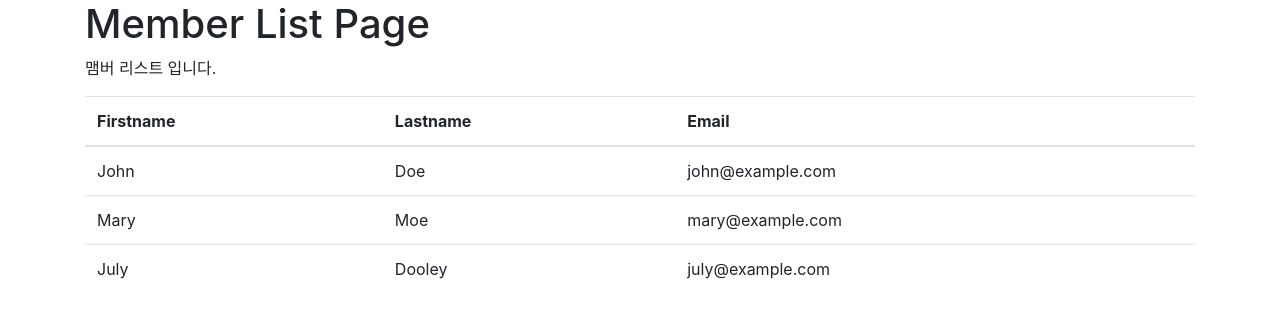
Repository: Dog-voice/king
Page: http://localhost/king/member/list.jsp
These files come from the project's save history. The page is drawn as it stood at one moment and after the next save; the edit follows.
The browser window is 1280 px wide. The pictures show the whole page.
The page is served by Tomcat 9.

Above is the page before, as saved 2022-08-29 07:09:32.

After the next save:
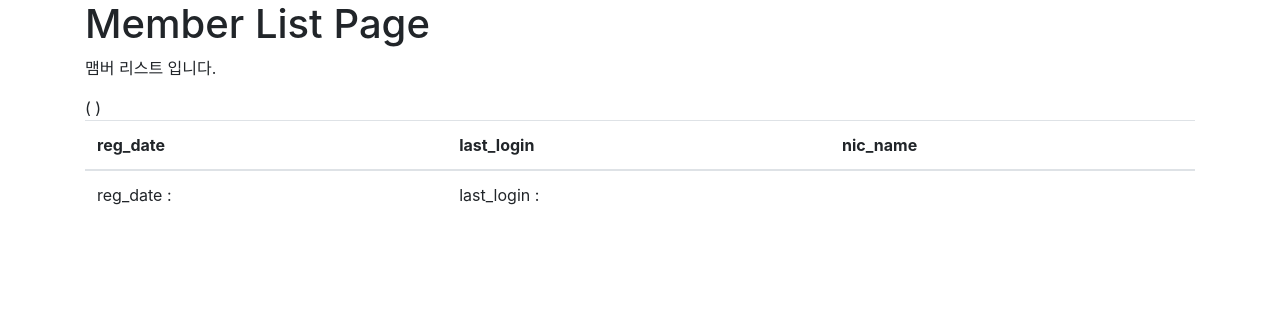
Saved 2 min 23 s later.
--- a/22-08-30 로그인&게시판(꾸미기)/king/src/main/webapp/member/list.jsp
+++ b/22-08-30 로그인&게시판(꾸미기)/king/src/main/webapp/member/list.jsp
@@ -40,26 +40,17 @@
   <table class="table table-hover">
     <thead>
       <tr>
-        <th>Firstname</th>
-        <th>Lastname</th>
-        <th>Email</th>
+        <th>reg_date</th>
+        <th>last_login</th>
+        <th>nic_name</th>
       </tr>
     </thead>
     <tbody>
       <tr>
-        <td>John</td>
-        <td>Doe</td>
-        <td>john@example.com</td>
-      </tr>
-      <tr>
-        <td>Mary</td>
-        <td>Moe</td>
-        <td>mary@example.com</td>
-      </tr>
-      <tr>
-        <td>July</td>
-        <td>Dooley</td>
-        <td>july@example.com</td>
+        <td>reg_date : ${mvo.reg_at }</td>
+        <td>last_login : ${mvo.last_login }</td>
+        <td>${mvo.nick_name }</td>
+        (<a href="/mem/modify?email=${mvo.email}" > ${mvo.email}</a>)
       </tr>
     </tbody>
   </table>
